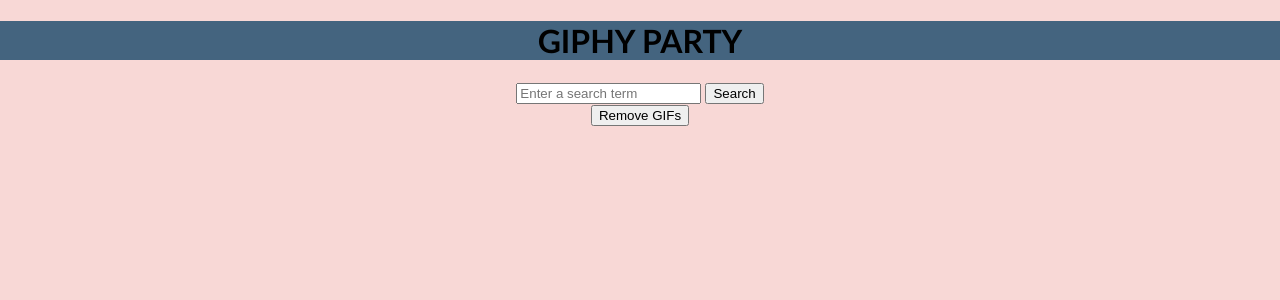
Repository: rmdayberry/AJAX-Giphy-Party
Page: index.html
These files come from the project's save history. The page is drawn as it stood at one moment and after the next save; the edit follows.
The browser window is 1280 px wide. The pictures show the whole page.
Some web libraries are served in a nearby version.

Above is the page before, as saved 2024-08-06 13:02:47.

### index.html
<!DOCTYPE html>
<html lang="en">
  <head>
    <meta charset="UTF-8" />
    <title>Giphy Party!</title>
    <link rel="stylesheet" href="style.css" />
  </head>

  <body>
    <h1>GIPHY PARTY</h1>
    <form id="gifForm">
      <input type="text" id="searchTerm" placeholder="Enter a search term" />
      <button type="submit">Search</button>
    </form>
    <div id="gifContainer"></div>

    <button id="removeAllBtn">Remove GIFs</button>
    <script src="https://code.jquery.com/jquery-3.2.1.js"></script>
    <script src="https://unpkg.com/axios/dist/axios.js"></script>
    <script src="app.js"></script>
  </body>
</html>

### style.css
body {
  font-family: "Trebuchet MS", "Lucida Sans Unicode", "Lucida Grande",
    "Lucida Sans", Arial, sans-serif;
  background-color: rgb(248, 216, 214);
  text-align: center;
  margin: 0;
  padding: 0;
}

h1 {
  background-color: rgb(68, 100, 127);
  color: black;
}

### app.js
console.log("Let's get this party started!");
//handle form submissions and AJAX requests
document
  .getElementById("gifForm")
  .addEventListener("submit", async function (e) {
    e.preventDefault();

    const searchTerm = document.getElementById("searchTerm").value;
    const apiKey = "MhAodEJIJxQMxW9XqxKjyXfNYdLoOIym";
    const url = `http://api.giphy.com/v1/gifs/search?q=${searchTerm}&api_key=${apiKey}`;

    try {
      const response = await axios.get(url);
      console.log(response.data);
      //append gifs to page
      const gifUrl = response.data.data[0].images.fixed_height.url; //get first gif url
      const img = document.createElement("img");
      img.src = gifUrl;
      document.getElementById("gifContainer").appendChild(img);
    } catch (error) {
      console.log("Error finding GIF:", error);
    }
  });

//add eventListener to remove GIFs button
document.getElementById("removeAllBtn").addEventListener("click", function () {
  const gifContainer = document.getElementById("gifContainer");
  while (gifContainer.firstChild) {
    gifContainer.removeChild(gifContainer.firstChild);
  }
});

After the next save:
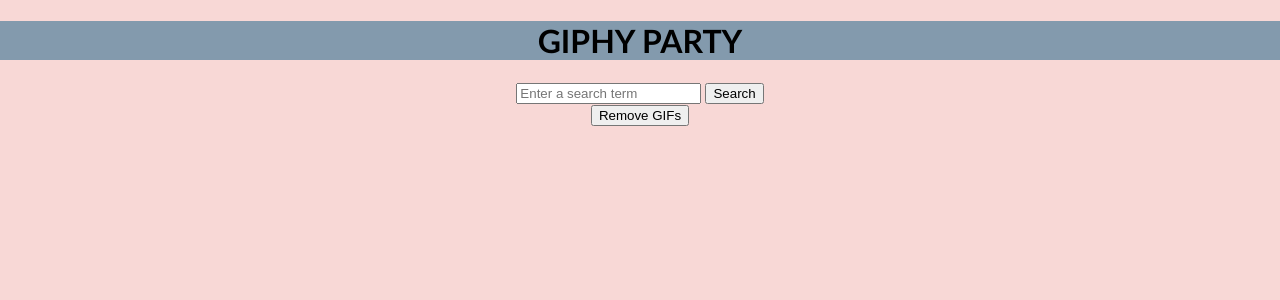
Saved 15 s later.
--- a/style.css
+++ b/style.css
@@ -8,6 +8,6 @@
 }
 
 h1 {
-  background-color: rgb(68, 100, 127);
+  background-color: rgb(131, 154, 173);
   color: black;
 }
